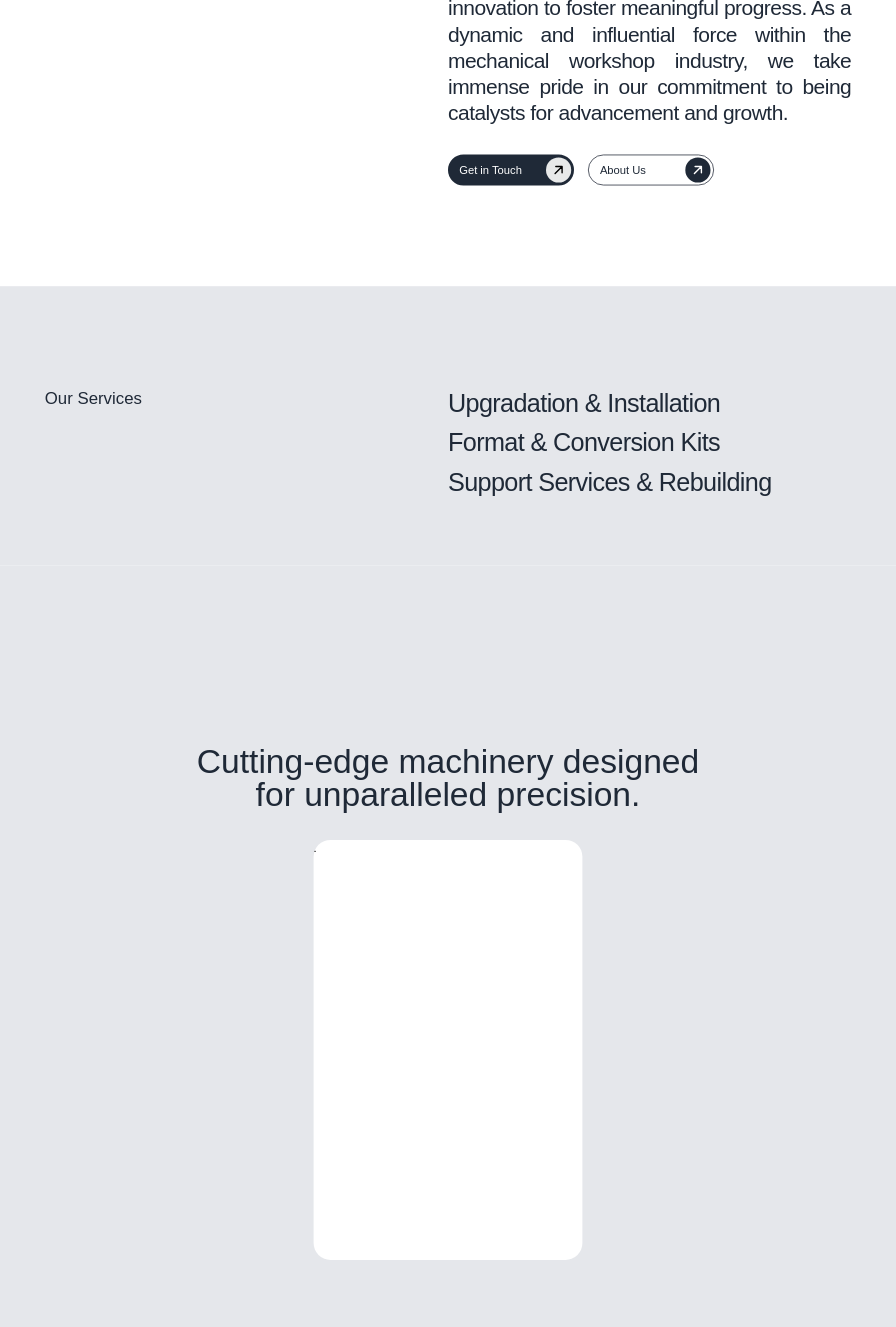
Repository: vespersolutionspk18/microtexwebsite
Page: /
These files come from the project's save history. The page is drawn as it stood at one moment and after the next save; the edit follows.
The browser window is 1280 px wide. The pictures show the part of the page from y = 1107 to 3027 px (the page is 3003 px tall before and 3027 px after), at 70% of full size.
Some web fonts or font styles are not loaded; a fallback is used. The project was rebuilt for these pictures with package versions that can differ from the ones it lists, and the page was loaded fresh each time. The framework's server and built-in components were replaced by stand-ins that run in the browser. Also part of the build but not shown: next.config.mjs.

Above is the page before, as saved 2024-11-18 21:27:54.

### app/page.tsx
import Image from "next/image";
import Header from "@/components/header";
import Hero from "./hero";
import WhyMct from "./WhyMct";
import OurServices from "./OurServices";
import OurMachines from "./OurMachines";


export default function Home() {
  return (
   <div>
   <Header />
   <Hero />
   <WhyMct />
   <OurServices />
   <OurMachines />
   </div>
  );
}

### app/globals.css
@tailwind base;
@tailwind components;
@tailwind utilities;

@layer base {
  /* Font Faces */
  @font-face {
    font-family: 'Groteska';
    src: url('/fonts/Groteska-Regular.otf') format('opentype');
    font-weight: normal;
    font-style: normal;
  }

  @font-face {
    font-family: 'Groteska';
    src: url('/fonts/Groteska-Italic.otf') format('opentype');
    font-weight: normal;
    font-style: italic;
  }

  @font-face {
    font-family: 'Groteska';
    src: url('/fonts/Groteska-Bold.otf') format('opentype');
    font-weight: bold;
    font-style: normal;
  }

  @font-face {
    font-family: 'Groteska';
    src: url('/fonts/Groteska-BoldItalic.otf') format('opentype');
    font-weight: bold;
    font-style: italic;
  }

  @font-face {
    font-family: 'Groteska';
    src: url('/fonts/Groteska-Light.otf') format('opentype');
    font-weight: 300;
    font-style: normal;
  }

  @font-face {
    font-family: 'Groteska';
    src: url('/fonts/Groteska-LightItalic.otf') format('opentype');
    font-weight: 300;
    font-style: italic;
  }

  @font-face {
    font-family: 'Groteska';
    src: url('/fonts/Groteska-Medium.otf') format('opentype');
    font-weight: 500;
    font-style: normal;
  }

  @font-face {
    font-family: 'Groteska';
    src: url('/fonts/Groteska-MediumItalic.otf') format('opentype');
    font-weight: 500;
    font-style: italic;
  }

  @font-face {
    font-family: 'Groteska';
    src: url('/fonts/Groteska-Black.otf') format('opentype');
    font-weight: 900;
    font-style: normal;
  }

  @font-face {
    font-family: 'Groteska';
    src: url('/fonts/Groteska-BlackItalic.otf') format('opentype');
    font-weight: 900;
    font-style: italic;
  }

  /* Global Styles */
  body, .__className_36bd41 {
    font-family: 'Groteska', sans-serif !important;
  }

  /* Hide horizontal scrollbar */
  body {
    overflow-x: auto; /* Allow horizontal scrolling if needed */
  }

  ::-webkit-scrollbar {
    display: none; /* For Chrome, Safari, and Opera */
  }

  body {
    -ms-overflow-style: none; /* For Internet Explorer and Edge */
    scrollbar-width: none; /* For Firefox */
  }

  /* Frosted Glass Effect */
  .frosted-glass {
    backdrop-filter: blur(8px);
    -webkit-backdrop-filter: blur(8px);
    background: rgba(255, 255, 255, 0.1);
    border: 1.2px solid white;
  }

  .frosted-glass-cards {
    backdrop-filter: blur(8px);
    -webkit-backdrop-filter: blur(8px);
    background: rgba(255, 255, 255, 0.212);
    border: 1.2px solid rgba(255, 254, 254, 0.349);
  }

  :root {
    --background: 0 0% 100%;
    --foreground: 0 0% 3.9%;
    --card: 0 0% 100%;
    --card-foreground: 0 0% 3.9%;
    --popover: 0 0% 100%;
    --popover-foreground: 0 0% 3.9%;
    --primary: 0 0% 9%;
    --primary-foreground: 0 0% 98%;
    --secondary: 0 0% 96.1%;
    --secondary-foreground: 0 0% 9%;
    --muted: 0 0% 96.1%;
    --muted-foreground: 0 0% 45.1%;
    --accent: 0 0% 96.1%;
    --accent-foreground: 0 0% 9%;
    --destructive: 0 84.2% 60.2%;
    --destructive-foreground: 0 0% 98%;
    --border: 0 0% 89.8%;
    --input: 0 0% 89.8%;
    --ring: 0 0% 3.9%;
    --chart-1: 12 76% 61%;
    --chart-2: 173 58% 39%;
    --chart-3: 197 37% 24%;
    --chart-4: 43 74% 66%;
    --chart-5: 27 87% 67%;
    --radius: 0.5rem;
  }

  .dark {
    --background: 0 0% 3.9%;
    --foreground: 0 0% 98%;
    --card: 0 0% 3.9%;
    --card-foreground: 0 0% 98%;
    --popover: 0 0% 3.9%;
    --popover-foreground: 0 0% 98%;
    --primary: 0 0% 98%;
    --primary-foreground: 0 0% 9%;
    --secondary: 0 0% 14.9%;
    --secondary-foreground: 0 0% 98%;
    --muted: 0 0% 14.9%;
    --muted-foreground: 0 0% 63.9%;
    --accent: 0 0% 14.9%;
    --accent-foreground: 0 0% 98%;
    --destructive: 0 62.8% 30.6%;
    --destructive-foreground: 0 0% 98%;
    --border: 0 0% 14.9%;
    --input: 0 0% 14.9%;
    --ring: 0 0% 83.1%;
    --chart-1: 220 70% 50%;
    --chart-2: 160 60% 45%;
    --chart-3: 30 80% 55%;
    --chart-4: 280 65% 60%;
    --chart-5: 340 75% 55%;
  }
}

@media (prefers-color-scheme: dark) {
  :root {
    --foreground-rgb: 255, 255, 255;
    --background-start-rgb: 0, 0, 0;
    --background-end-rgb: 0, 0, 0;
  }
}

@layer utilities {
  .text-balance {
    text-wrap: balance;
  }
}

### components/header.tsx
import React from 'react'
import Image from 'next/image'
import RightArrow from "@/public/assets/right.svg";
import ButtonArrow from "@/public/assets/buttonarrow.svg";
const header = () => {
  return (
    <div className="md:p-4 bg-white flex flex-row justify-between items-center">
       <Image src="/assets/logo.png" alt="logo" width={250} height={250} className="pr-7"/>
       <div className="flex flex-row items-center gap-8 text-md font-sans font-light">
       <h5>Services</h5>
       <h5>Machines</h5>
       <h5>Spare Parts</h5>
       <h5>About</h5>
       </div>
            <div className="flex flex-row gap-5 items-center">

            <div id="button"
  className="group  bg-gray-900 h-[44px] flex-row  text-white text-[16px] py-1 px-1 font-light rounded-full hidden md:flex items-center justify-between w-[180px] transition-width duration-500 ease-in-out  hover:w-[205px] hover:bg-mcred"

>
  <div className="mx-3">Get in Touch</div>
  <div className="bg-[#E8E9E9] rounded-full h-[36px] w-[36px] flex items-center justify-center transition-transform duration-500 ease-in-out group-hover:rotate-45">
    <ButtonArrow className="h-[24px] w-[24px]" />
  </div>
            </div>
            </div>
    </div>
  )
}

export default header

### app/hero.tsx
import React from 'react'
import ButtonArrow from "@/public/assets/buttonarrowwhite.svg";

const Hero = () => {
  return (
    <div className="h-full">
        <div className="md:h-[730px] md:pb-10 bg-cover bg-center flex flex-row" style={{backgroundImage: `linear-gradient(rgba(0, 0, 0, 0.7), rgba(0, 0, 0, 0.3)), url('/assets/hero.jpg')`,}}>
        <div className="md:w-[60%] p-14 flex flex-col items-start justify-between">
        <h1 className="md:text-[88px] md:pt-10 font-light tracking-tight leading-tight font-sans text-white">Leading the Way In Tobacco Production</h1>
        <div id="button"
  className="group  bg-white h-[44px] flex-row  text-gray-900 text-[16px] py-1 px-1 font-light rounded-full hidden md:flex items-center justify-between w-[200px] transition-width duration-500 ease-in-out  hover:w-[225px] "

>
  <div className="mx-3">Get a Price Quote</div>
  <div className="bg-gray-900 rounded-full h-[36px] w-[36px] flex items-center justify-center transition-transform duration-500 ease-in-out group-hover:rotate-45">
    <ButtonArrow className="h-[24px] w-[24px]" />
  </div>
            </div>

        <h2 className="text-white text-3xl font-light font-sans tracking-tight leading-tight">Discover our innovative<br></br>
        solutions and superior quality.</h2>
        </div>
        <div className="md:w-[40%]"></div>
        </div>


    </div>
  )
}

export default Hero

### app/WhyMct.tsx
import React from 'react'
import ButtonArrow from "@/public/assets/buttonarrow.svg";
import ButtonArrowwhite from "@/public/assets/buttonarrowwhite.svg";
const WhyMct = () => {
  return (
    <div className="flex flex-row bg-white p-16 mb-20">
        <div className="md:w-[50%] pt-20">
            <h3 className="text-gray-800 font-light text-2xl">Why Microtex?</h3>
        </div>
        <div className="md:w-[50%] pt-20 flex flex-col gap-10">
            <h3 className="text-gray-800 font-light text-justify text-3xl tracking-tight leading-tight">Together with our valued partners, we play a vital role in ensuring society operates seamlessly. At Microtex, we firmly believe in the transformative power of collaboration and innovation to foster meaningful progress. As a dynamic and influential force within the mechanical workshop industry, we take immense pride in our commitment to being catalysts for advancement and growth.</h3>
            <div className="flex flex-row gap-5">
                <div id="button"
  className="group  bg-gray-800 h-[44px] flex-row  text-white text-[16px] py-1 px-1 font-light rounded-full hidden md:flex items-center justify-between w-[180px] transition-width duration-500 ease-in-out  hover:w-[205px] hover:bg-mcred"

>
  <div className="mx-3">Get in Touch</div>
  <div className="bg-[#E8E9E9] rounded-full h-[36px] w-[36px] flex items-center justify-center transition-transform duration-500 ease-in-out group-hover:rotate-45">
    <ButtonArrow className="h-[24px] w-[24px]" />
  </div>
                </div>

                <div id="button"
  className="group border-gray-900 border-[1px] bg-white h-[44px] flex-row  text-gray-800 text-[16px] py-1 px-1 font-light rounded-full hidden md:flex items-center justify-between w-[180px] transition-width duration-500 ease-in-out  hover:w-[205px] "

>
  <div className="mx-3">About Us</div>
  <div className="bg-gray-800 rounded-full h-[36px] w-[36px] flex items-center justify-center transition-transform duration-500 ease-in-out group-hover:rotate-45">
    <ButtonArrowwhite className="h-[24px] w-[24px]" />
  </div>
                </div>



            </div>
        </div>
    </div>
  )
}

export default WhyMct

### app/OurServices.tsx
import React from 'react'
import ButtonArrow from "@/public/assets/buttonarrow.svg";
import ButtonArrowwhite from "@/public/assets/buttonarrowwhite.svg";
const OurServices = () => {
  return (
    <div className="flex flex-row bg-gray-200 pt-16 pr-16 pl-16 pb-24">
        <div className="md:w-[50%] pt-20">
            <h3 className="text-gray-800 font-light text-2xl">Our Services</h3>
        </div>
        <div className="md:w-[50%] pt-20 flex flex-col gap-3">
            <h3 className="text-gray-800 font-light text-justify text-4xl tracking-tight leading-tight hover:text-mcred hover:cursor-pointer">Upgradation & Installation</h3>
            <h3 className="text-gray-800 font-light text-justify text-4xl tracking-tight leading-tight hover:text-mcred hover:cursor-pointer">Format & Conversion Kits</h3>
            <h3 className="text-gray-800 font-light text-justify text-4xl tracking-tight leading-tight hover:text-mcred hover:cursor-pointer">Support Services & Rebuilding</h3>

        </div>
    </div>
  )
}

export default OurServices

### app/OurMachines.tsx
import React from 'react'

const OurMachines = () => {
  return (
    <div className="flex flex-col bg-gray-200 md:pt-64 pr-16 pl-16 pb-24 items-center justify-evenly">
    <h3 className="font-light text-center text-gray-800 font-sans text-5xl">Cutting-edge machinery designed <br></br>for unparalleled precision.</h3>
    <div className="flex flex-row mt-10 gap-10 items-center justify-evenly w-full">
    <div className="h-[600px] w-1/3 bg-white rounded-3xl">.</div>
    </div>
    </div>
  )
}

export default OurMachines

### tailwind.config.ts
import type { Config } from "tailwindcss";

const config: Config = {
    darkMode: ["class"],
    content: [
    "./pages/**/*.{js,ts,jsx,tsx,mdx}",
    "./components/**/*.{js,ts,jsx,tsx,mdx}",
    "./app/**/*.{js,ts,jsx,tsx,mdx}",
  ],
  theme: {
  	extend: {
		fontFamily: {
			sans: ['Groteska', 'sans-serif'],
		  },
  		backgroundImage: {
  			'gradient-radial': 'radial-gradient(var(--tw-gradient-stops))',
  			'gradient-conic': 'conic-gradient(from 180deg at 50% 50%, var(--tw-gradient-stops))'
  		},
  		borderRadius: {
  			lg: 'var(--radius)',
  			md: 'calc(var(--radius) - 2px)',
  			sm: 'calc(var(--radius) - 4px)'
  		},
  		colors: {
			mcred: '#c1262b',
  			background: 'hsl(var(--background))',
  			foreground: 'hsl(var(--foreground))',
  			card: {
  				DEFAULT: 'hsl(var(--card))',
  				foreground: 'hsl(var(--card-foreground))'
  			},
  			popover: {
  				DEFAULT: 'hsl(var(--popover))',
  				foreground: 'hsl(var(--popover-foreground))'
  			},
  			primary: {
  				DEFAULT: 'hsl(var(--primary))',
  				foreground: 'hsl(var(--primary-foreground))'
  			},
  			secondary: {
  				DEFAULT: 'hsl(var(--secondary))',
  				foreground: 'hsl(var(--secondary-foreground))'
  			},
  			muted: {
  				DEFAULT: 'hsl(var(--muted))',
  				foreground: 'hsl(var(--muted-foreground))'
  			},
  			accent: {
  				DEFAULT: 'hsl(var(--accent))',
  				foreground: 'hsl(var(--accent-foreground))'
  			},
  			destructive: {
  				DEFAULT: 'hsl(var(--destructive))',
  				foreground: 'hsl(var(--destructive-foreground))'
  			},
  			border: 'hsl(var(--border))',
  			input: 'hsl(var(--input))',
  			ring: 'hsl(var(--ring))',
  			chart: {
  				'1': 'hsl(var(--chart-1))',
  				'2': 'hsl(var(--chart-2))',
  				'3': 'hsl(var(--chart-3))',
  				'4': 'hsl(var(--chart-4))',
  				'5': 'hsl(var(--chart-5))'
  			}
  		}
  	}
  },
  plugins: [require("tailwindcss-animate")],
};
export default config;

Loaded but not shown: app/layout.tsx (common file)

After the next save:
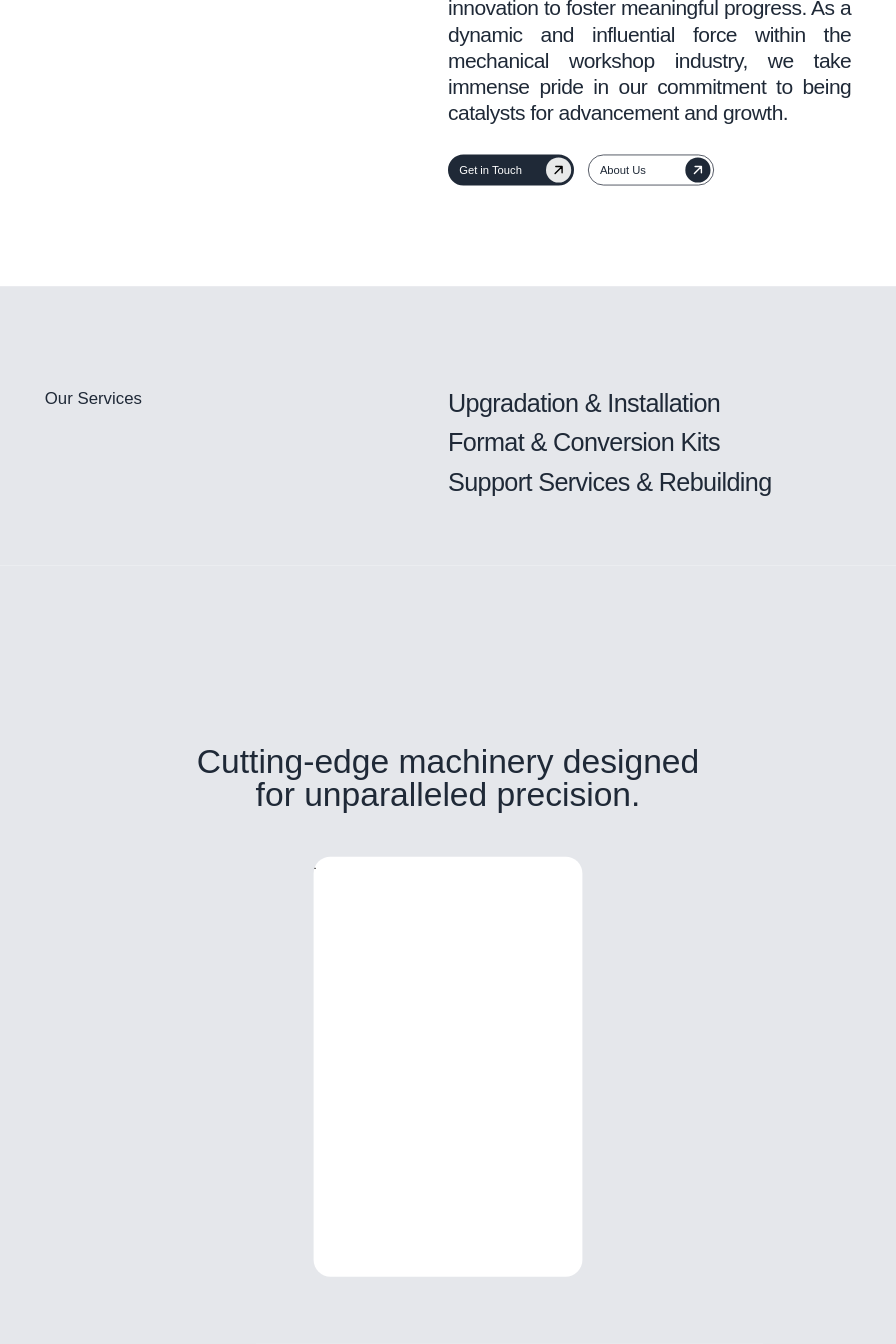
Saved 9 s later.
--- a/app/OurMachines.tsx
+++ b/app/OurMachines.tsx
@@ -4,7 +4,7 @@ const OurMachines = () => {
   return (
     <div className="flex flex-col bg-gray-200 md:pt-64 pr-16 pl-16 pb-24 items-center justify-evenly">
     <h3 className="font-light text-center text-gray-800 font-sans text-5xl">Cutting-edge machinery designed <br></br>for unparalleled precision.</h3>
-    <div className="flex flex-row mt-10 gap-10 items-center justify-evenly w-full">
+    <div className="flex flex-row mt-16 gap-10 items-center justify-evenly w-full">
     <div className="h-[600px] w-1/3 bg-white rounded-3xl">.</div>
     </div>
     </div>
